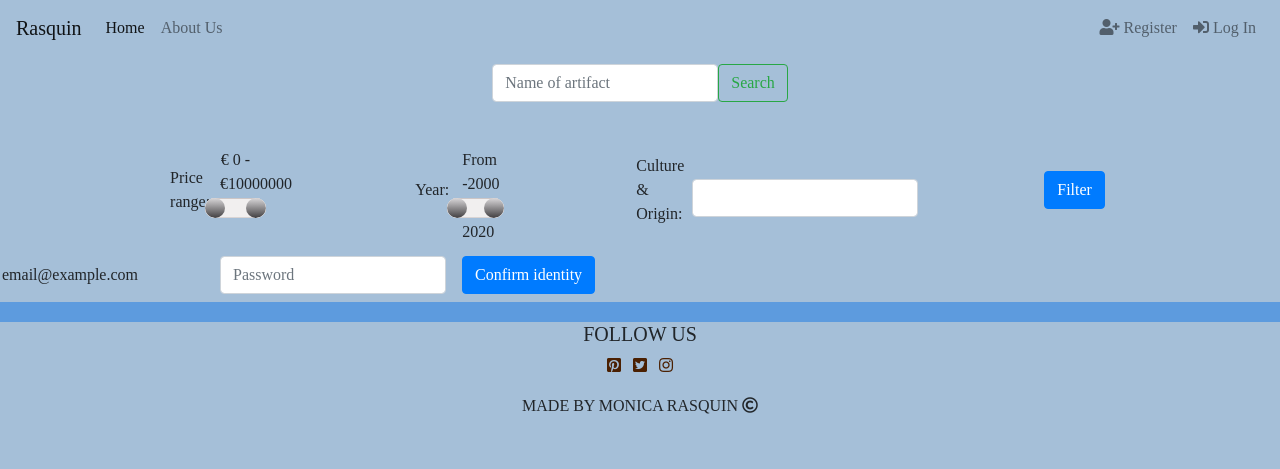
Repository: Rasquin/auction
Page: templates/base.html
The author's editor kept a record of every edit. The page is drawn from the files as they stood at one moment, then again after the next edit.
The browser window is 1280 px wide. The pictures show the whole page.
The template is drawn by Django 2.2. The application's start-up code is not run. Other server files are loaded and not shown. The template is opened directly, without the code that normally fills it, so the values that code supplies are empty.

Above is the page before.

### templates/base.html
<!DOCTYPE html>

{% load staticfiles %}

<html lang="en">

<head>
    <meta charset="UTF-8">
    <meta name="viewport" content="width=device-width, initial-scale=1.0">
    <meta http-equiv="X-UA-Compatible" content="ie=edge">

    <!-- Bootstrap compiled and minified CSS -->
    <link rel="stylesheet" href="https://stackpath.bootstrapcdn.com/bootstrap/4.3.1/css/bootstrap.min.css" integrity="sha384-ggOyR0iXCbMQv3Xipma34MD+dH/1fQ784/j6cY/iJTQUOhcWr7x9JvoRxT2MZw1T" crossorigin="anonymous">

    <!-- Font Awesome compiled and minified CSS -->
    <link rel="stylesheet" href="{% static 'font-awesome/css/all.css' %}">



    <!-- Own CSS -->
    <link rel="stylesheet" href="{% static 'css/mystyle.css' %}" type="text/css" />


    <!-- Own Scripts -->
    <script type="text/javascript" src="{% static 'js/myscript.js' %}"></script>

    <title>{% block page_title %}{% endblock %}</title>

</head>


<body>
    <!-- NavBar area -->
    <nav class="navbar navbar-expand-lg navbar-light bg-light">
        <!-- NavBar Brand-->
        <a class="navbar-brand" href="#">Rasquin</a>
        <button class="navbar-toggler" type="button" data-toggle="collapse" data-target="#navbarSupportedContent" aria-controls="navbarSupportedContent" aria-expanded="false" aria-label="Toggle navigation">
            <span class="navbar-toggler-icon"></span>
        </button>

        <div class="collapse navbar-collapse" id="navbarSupportedContent">
            <!-- NavBar Home & ABout-->
            <ul class="navbar-nav mr-auto">
                <li class="nav-item active">
                    <a class="nav-link" href="{% url 'index' %}">Home <span class="sr-only">(current)</span></a>
                </li>
                <li class="nav-item">
                    <a class="nav-link" href="{% url 'about' %}">About Us</a>
                </li>

            </ul>
            <!-- NavBar User status-->
            <ul class="navbar-nav navbar-right">
                    {% if user.is_authenticated %}
                        <li class="nav-item">
                            <a class="nav-link" href="{% url 'profile' %}"><i class="fa fa-user"></i> Profile</a>
                        </li>
                        <li class="nav-item">
                            <a class="nav-link" href="{% url 'logout' %}"><i class="fa fa-sign-out-alt"></i> Log Out</a>
                        </li>
                        <li class="nav-item">
                            <a class="nav-link" href="{% url 'view_my_biddings' %}"><i class="fas fa-gavel"></i>My Biddings </a>
                        </li>
                    {%  else %}
                        <li class="nav-item">
                            <a class="nav-link" href="{% url 'register' %}"><i class="fa fa-user-plus"></i> Register</a>
                        </li>
                        <li class="nav-item">
                            <a class="nav-link" href="{% url 'login' %}"><i class="fa fa-sign-in-alt"></i> Log In</a>
                        </li>
                    {% endif %}
                </ul>
        </div>
    </nav>

    <!-- Search & Filter area -->

    <!-- Search -->
    <nav class="navbar navbar-light bg-light justify-content-center">
        <form action="{% url 'search_by_name' %}" method="get" class="form-inline ">
            {% csrf_token %}
            <input type="text" class="form-control" id="artifact_name" name="artifact_name" required placeholder="Name of artifact">
            <button class="btn btn-outline-success  my-2 my-sm-0" type="search">Search</button>
        </form>
    </nav>


    <!-- Filters -->

    <nav class="navbar navbar-light bg-light justify-content-center">
        <form action="{% url 'filters' %}" method="get" class="form-inline">
            {% csrf_token %}
            <!-- Price Filter -->
            <div class="form-group row-flex" >
                <div class="col-12 col-md-3 col-lg-1">
                    <p><label for="amount">Price range:</label></p>
                </div>
                <div class="col-12 col-md-9 col-lg-3">
                    <section class="range-slider-price range-slider">
                        <span class="rangePriceValues rangeValues"></span>
                        <input value="0" min="0" max="10000000" step="2000" type="range" name="min_price">
                        <input value="10000000" min="0" max="10000000" step="2000" type="range" name="max_price">
                    </section>
                </div>
            </div>
            <!-- Year Filter -->
            <div class="form-group row-flex" >
                <div class="col-12 col-md-3 col-lg-1">
                    <p><label for="amount">Year:</label></p>
                </div>
                <div class="col-12 col-md-9 col-lg-3">
                    <section class="range-slider-year range-slider">

                        <span class="rangeYearValues"></span>
                        <input value="-2000" min="-2000" max="2020" step="20" type="range" name="min_year">
                        <input value="2020" min="-2000" max="2020" step="20" type="range" name="max_year">
                    </section>
                </div>
            </div>
            <!-- Origin Filter -->
            <div class="form-group row-flex" >
                <div class="col-12 col-md-3 col-lg-1">
                    <p><label for="origin">Culture & Origin:</label></p>
                </div>
                <div class="col-12 col-md-9 col-lg-3">
                    <input type="text" class="form-control" id="artifact_origin" name="artifact_origin">
                </div>
            </div>
            <!-- Filter Button -->
            <div class="form-group row-flex">
                <div class="row">
                    <div class="col-12 col-lg-1">
                        <p class="text-center">
                            <button class="btn btn-primary" type="search">Filter</button>
                        </p>
                    </div>
                </div>
            </div>

        </form>
    </nav>

        <form class="form-inline">
            <div class="form-group mb-2">
                <label for="staticEmail2" class="sr-only">Email</label>
                <input type="text" readonly class="form-control-plaintext" id="staticEmail2" value="email@example.com">
            </div>
            <div class="form-group mx-sm-3 mb-2">
                <label for="inputPassword2" class="sr-only">Password</label>
                <input type="password" class="form-control" id="inputPassword2" placeholder="Password">
            </div>
            <button type="submit" class="btn btn-primary mb-2">Confirm identity</button>
        </form>
   </nav>

    {% block filter %}{% endblock %}

    <!-- Messages area -->
{% if messages %}
<div class="alert alert-success">
        <div class="messages">
            {% for message in messages %}
                {{ message }}
            {% endfor %}
        </div>
    </div>
{% endif %}

    <!-- Content area -->
    <div class="container-general">

        <!-- Block content area -->
        <div class="container-fluid">
            {% block content %} {% endblock %}
        </div>

    </div>

    <!-- Footer area -->
    <footer class="container-fluid">


        <!-- SOCIAL MEDIA-->
        <div class="row ">
            <div class="col-12 text-center">
                <h5 class="text-uppercase">Follow Us</h5>
                <ul class="list-inline social-links">
                    <li class="list-inline-item"><a href="#"><i class="fab fa-pinterest-square"  aria-hidden="true"></i></a></li>
                    <li class="list-inline-item"><a href="#"><i class="fab fa-twitter-square" aria-hidden="true"></i></a></li>
                    <li class="list-inline-item"><a href="#"><i class="fab fa-instagram" aria-hidden="true"></i></a></li>
                </ul>
            </div>
        </div>

        <!--COPYRIGHT-->
        <div class="row ">
            <div class="col-12">

                <p class="text-center text-uppercase">Made by Monica Rasquin <i class="far fa-copyright"></i> </p>
            </div>
        </div>
    </footer>


    <!-- Bootstrap compiled and minified JavaScript -->
    <script src="https://code.jquery.com/jquery-3.3.1.slim.min.js" integrity="sha384-q8i/X+965DzO0rT7abK41JStQIAqVgRVzpbzo5smXKp4YfRvH+8abtTE1Pi6jizo" crossorigin="anonymous"></script>
    <script src="https://cdnjs.cloudflare.com/ajax/libs/popper.js/1.14.7/umd/popper.min.js" integrity="sha384-UO2eT0CpHqdSJQ6hJty5KVphtPhzWj9WO1clHTMGa3JDZwrnQq4sF86dIHNDz0W1" crossorigin="anonymous"></script>
    <script src="https://stackpath.bootstrapcdn.com/bootstrap/4.3.1/js/bootstrap.min.js" integrity="sha384-JjSmVgyd0p3pXB1rRibZUAYoIIy6OrQ6VrjIEaFf/nJGzIxFDsf4x0xIM+B07jRM" crossorigin="anonymous"></script>
    {% block head_js %} {% endblock %}

</body>
</html>

### static/js/myscript.js
//--------------------------------------Slider for Prices filter
function getPriceVals() {
    // Get slider price values
    var parent = this.parentNode;
    var slides = parent.getElementsByTagName("input");
    var slide1 = parseFloat(slides[0].value);
    var slide2 = parseFloat(slides[1].value);
    // Neither slider will clip the other, so make sure we determine which is larger
    if (slide1 > slide2) { var tmp = slide2;
        slide2 = slide1;
        slide1 = tmp; }

    var displayElement = parent.getElementsByClassName("rangePriceValues")[0];
    displayElement.innerHTML = "€ " + slide1 + " - €" + slide2;
}

//--------------------------------------Slider for Year filter
function getYearVals() {
    // Get Year slider values
    var parent = this.parentNode;
    var slides = parent.getElementsByTagName("input");
    var slide1 = parseFloat(slides[0].value);
    var slide2 = parseFloat(slides[1].value);
    // Neither slider will clip the other, so make sure we determine which is larger
    if (slide1 > slide2) { var tmp = slide2;
        slide2 = slide1;
        slide1 = tmp; }

    var displayElement = parent.getElementsByClassName("rangeYearValues")[0];
    displayElement.innerHTML = "From " + slide1 + " To " + slide2;
}

//----------------------------------------------- Initialize Sliders
window.onload = function() {
    // For Price
    var sliderSectionsPrice = document.getElementsByClassName("range-slider-price");
    for (var x = 0; x < sliderSectionsPrice.length; x++) {
        var slidersPrice = sliderSectionsPrice[x].getElementsByTagName("input");
        for (var y = 0; y < slidersPrice.length; y++) {
            if (slidersPrice[y].type === "range") {
                slidersPrice[y].oninput = getPriceVals;
                // Manually trigger event first time to display values
                slidersPrice[y].oninput();
            }
        }
    }
    // For Year
    var sliderSectionsYear = document.getElementsByClassName("range-slider-year");
    for (var x = 0; x < sliderSectionsYear.length; x++) {
        var slidersYear = sliderSectionsYear[x].getElementsByTagName("input");
        for (var y = 0; y < slidersYear.length; y++) {
            if (slidersYear[y].type === "range") {
                slidersYear[y].oninput = getYearVals;
                // Manually trigger event first time to display values
                slidersYear[y].oninput();
            }
        }
    }
}

Loaded but not shown: static/font-awesome/css/all.css (library); static/css/mystyle.css (common file)

After the next edit:
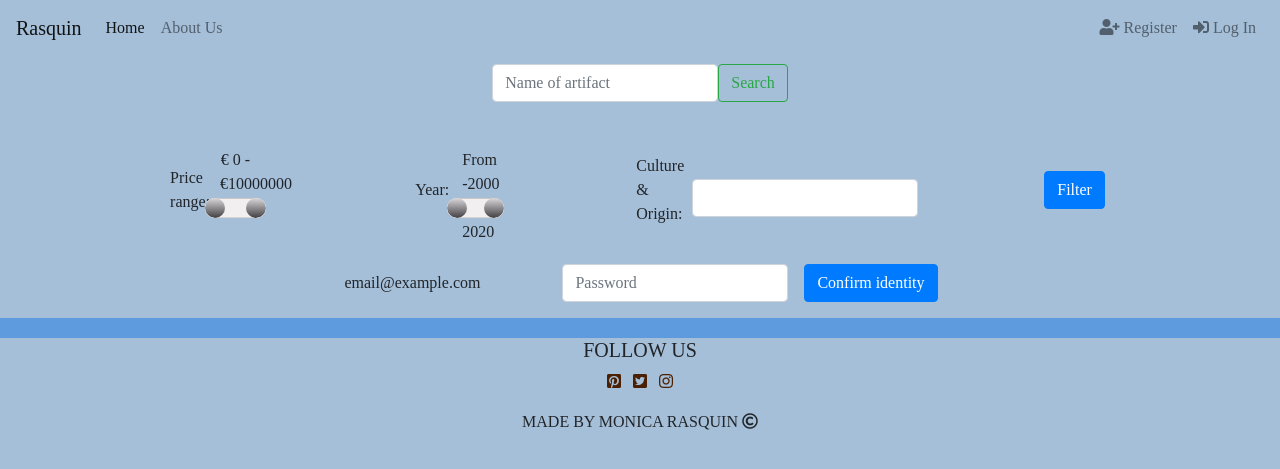
The edit:
--- a/templates/base.html
+++ b/templates/base.html
@@ -140,7 +140,7 @@
         </form>
     </nav>
 
-        <form class="form-inline">
+    <nav class="navbar navbar-light bg-light justify-content-center">    <form class="form-inline">
             <div class="form-group mb-2">
                 <label for="staticEmail2" class="sr-only">Email</label>
                 <input type="text" readonly class="form-control-plaintext" id="staticEmail2" value="email@example.com">
